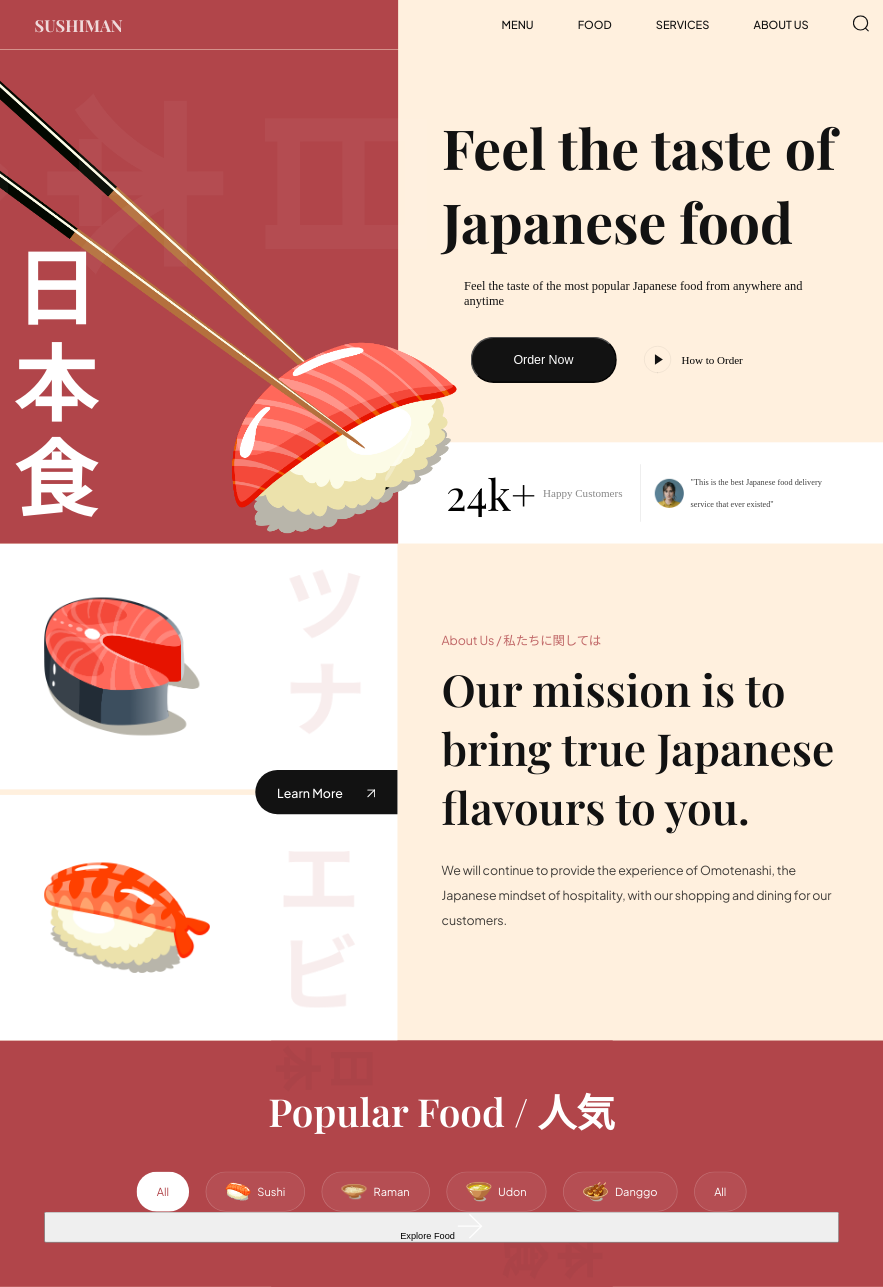
Repository: echoyol/sushiWebsite
Page: index.html
An editor plug-in stored every save of this project. The page is shown before and after the next save, followed by the edit.
The browser window is 1280 px wide. The pictures show the whole page, at 69% of full size.

Above is the page before, as saved 2023-06-04 20:06:51.

After the next save:
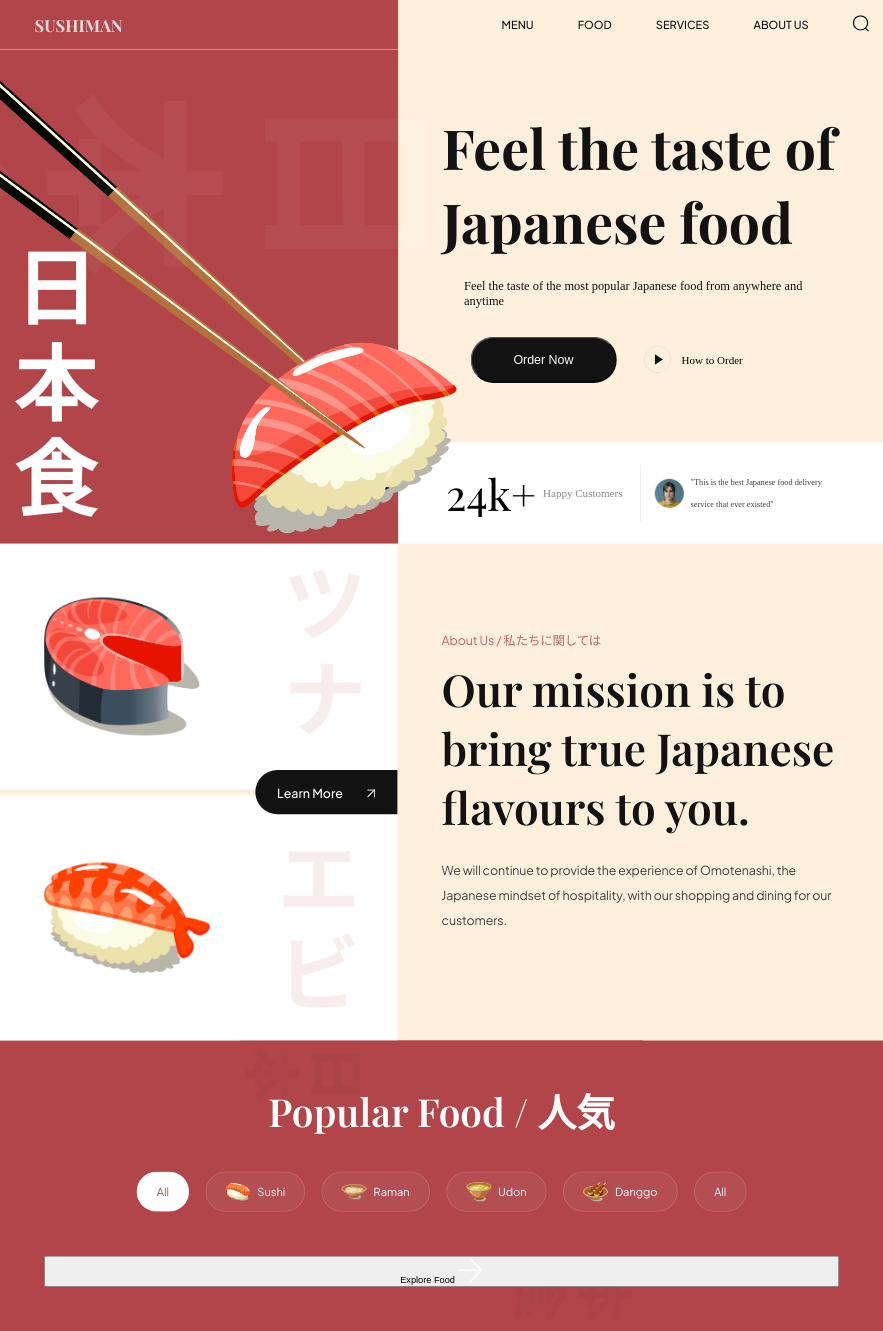
Saved 2 min 26 s later.
--- a/css/sections/popular.css
+++ b/css/sections/popular.css
@@ -67,3 +67,13 @@
   background-color: #fff;
   color: var(--primary-color);
 }
+
+.popular-foods__catalogue {
+  margin-top: 64px;
+
+  display: flex;
+  justify-content: center;
+  align-items: flex-end;
+  flex-wrap: wrap;
+  gap: 56px;
+}
